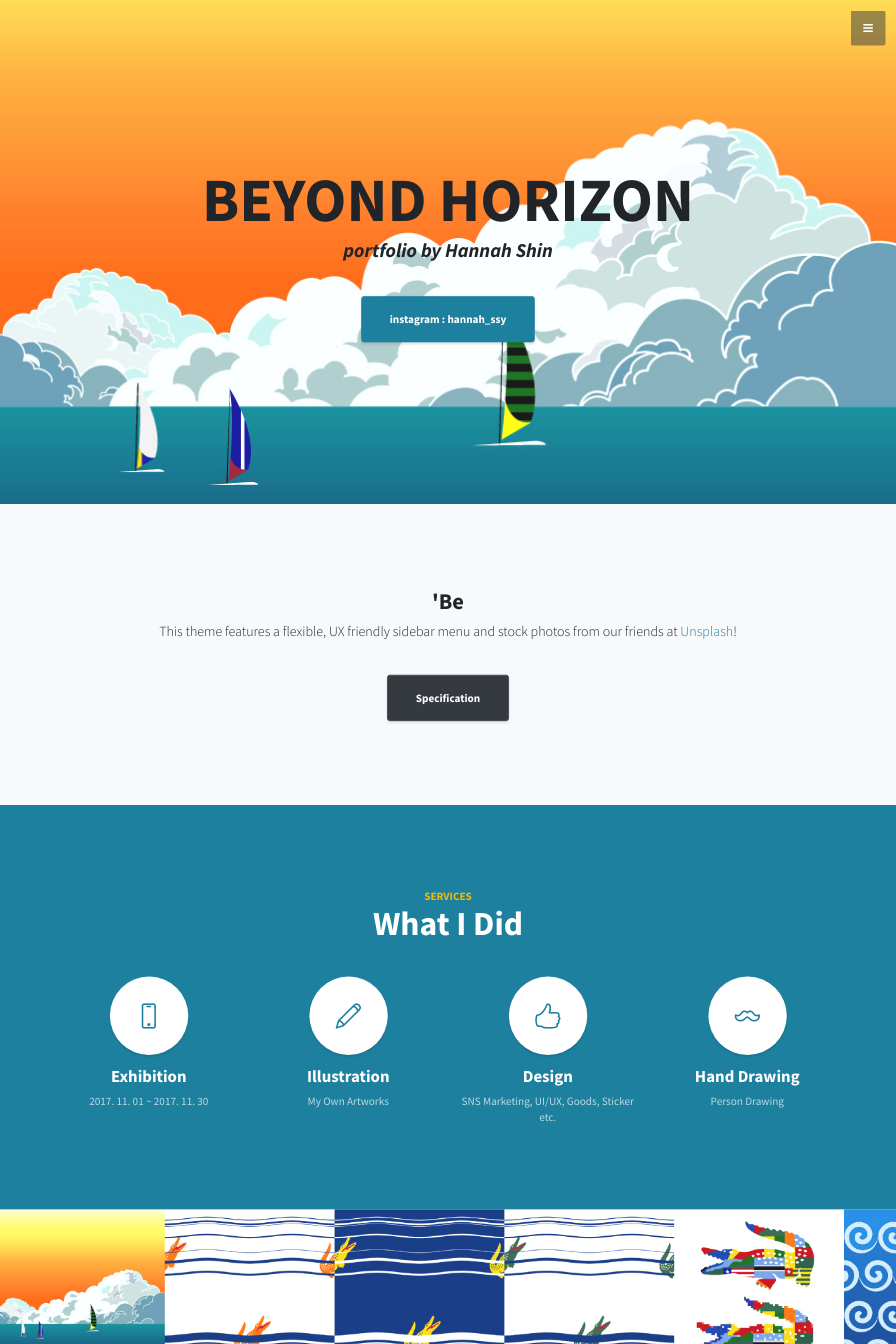
Repository: Hannahssy/Hannahssy.github
Page: my_porfolio/index.html
The author's editor kept a record of every edit. The page is drawn from the files as they stood at one moment, then again after the next edit.
The browser window is 1280 px wide. The pictures show the part of the page from y = 0 to 1920 px (the page is 5071 px tall), at 70% of full size.

Above is the page before.

### my_porfolio/index.html
<!DOCTYPE html>
<html lang="en">

  <head>

    <meta charset="utf-8">
    <meta name="viewport" content="width=device-width, initial-scale=1, shrink-to-fit=no">
    <meta name="description" content="">
    <meta name="author" content="">

    <title>BEYOND HORIZON - HANNAH SHIN PORFOLIO</title>

    <!-- Bootstrap Core CSS -->
    <link href="vendor/bootstrap/css/bootstrap.min.css" rel="stylesheet">

    <!-- Custom Fonts -->
    <link href="vendor/font-awesome/css/font-awesome.min.css" rel="stylesheet" type="text/css">
    <link href="https://fonts.googleapis.com/css?family=Source+Sans+Pro:300,400,700,300italic,400italic,700italic" rel="stylesheet" type="text/css">
    <link href="vendor/simple-line-icons/css/simple-line-icons.css" rel="stylesheet">

    <!-- Custom CSS -->
    <link href="css/stylish-portfolio.min.css" rel="stylesheet">

  </head>

  <body id="page-top">
    <!-- Navigation -->
    <a class="menu-toggle rounded" href="#">
      <i class="fa fa-bars"></i>
    </a>
    <nav id="sidebar-wrapper">
      <ul class="sidebar-nav">
        <li class="sidebar-brand">
          <a class="js-scroll-trigger" href="#page-top">Start Bootstrap</a>
        </li>
        <li class="sidebar-nav-item">
          <a class="js-scroll-trigger" href="#page-top">Home</a>
        </li>
        <li class="sidebar-nav-item">
          <a class="js-scroll-trigger" href="#about">About</a>
        </li>
        <li class="sidebar-nav-item">
          <a class="js-scroll-trigger" href="#services">Services</a>
        </li>
        <li class="sidebar-nav-item">
          <a class="js-scroll-trigger" href="#portfolio">Portfolio</a>
        </li>
        <li class="sidebar-nav-item">
          <a class="js-scroll-trigger" href="#contact">Contact</a>
        </li>
      </ul>
    </nav>

    <!-- Header -->
    <header class="masthead d-flex">
      <div class="container text-center my-auto">
        <h1 class="mb-1">BEYOND HORIZON</h1>
        <h3 class="mb-5">
          <em>portfolio by Hannah Shin</em>
        </h3>
        <a class="btn btn-primary btn-xl js-scroll-trigger" href="#about">instagram : hannah_ssy</a>
      </div>
      <div class="overlay"></div>
    </header>

    <!-- About -->
    <section class="content-section bg-light" id="about">
      <div class="container text-center">
        <div class="row">
          <div class="col-lg-10 mx-auto">
            <h2>'Be</h2>
            <p class="lead mb-5">This theme features a flexible, UX friendly sidebar menu and stock photos from our friends at
              <a href="https://unsplash.com/">Unsplash</a>!</p>
            <a class="btn btn-dark btn-xl js-scroll-trigger" href="#services">Specification</a>
          </div>
        </div>
      </div>
    </section>

    <!-- services -->
    <section class="content-section bg-primary text-white text-center" id="services">
      <div class="container">
        <div class="content-section-heading">
          <h3 class="text-secondary mb-0">Services</h3>
          <h2 class="mb-5">What I Did</h2>
        </div>
        <div class="row">
          <div class="col-lg-3 col-md-6 mb-5 mb-lg-0">
            <span class="service-icon rounded-circle mx-auto mb-3">
              <i class="icon-screen-smartphone"></i>
            </span>
            <h4>
              <strong>Exhibition</strong>
            </h4>
            <p class="text-faded mb-0">2017. 11. 01 ~ 2017. 11. 30</p>
          </div>
          <div class="col-lg-3 col-md-6 mb-5 mb-lg-0">
            <span class="service-icon rounded-circle mx-auto mb-3">
              <i class="icon-pencil"></i>
            </span>
            <h4>
              <strong>Illustration</strong>
            </h4>
            <p class="text-faded mb-0">My Own Artworks</p>
          </div>
          <div class="col-lg-3 col-md-6 mb-5 mb-md-0">
            <span class="service-icon rounded-circle mx-auto mb-3">
              <i class="icon-like"></i>
            </span>
            <h4>
              <strong>Design</strong>
            </h4>
            <p class="text-faded mb-0">
             SNS Marketing, UI/UX, Goods, Sticker etc.</p>
          </div>
          <div class="col-lg-3 col-md-6">
            <span class="service-icon rounded-circle mx-auto mb-3">
              <i class="icon-mustache"></i>
            </span>
            <h4>
              <strong>Hand Drawing</strong>
            </h4>
            <p class="text-faded mb-0">Person Drawing</p>
          </div>
        </div>
      </div>
    </section>

    <!-- Callout -->
    <section class="callout">
      <div class="container text-center">
        <h2 class="mx-auto mb-5">Contact Me
          <em>If you</em>
          need my artworks.</h2>
        <a class="btn btn-primary btn-xl" href="https://startbootstrap.com/template-overviews/stylish-portfolio/">Call Now!</a>
      </div>
    </section>

    <!-- Portfolio -->
    <section class="content-section" id="portfolio">
      <div class="container">
        <div class="content-section-heading text-center">
          <h3 class="text-secondary mb-0">Portfolio</h3>
          <h2 class="mb-5">Recent Artworks</h2>
        </div>
        <div class="row no-gutters">
          <div class="col-lg-6">
            <a class="portfolio-item" href="#">
              <span class="caption">
                <span class="caption-content">
                  <h2>LACOSTE X RALPH LAUREN</h2>
                  <p class="mb-0">Concept Development Assignment</p>
                </span>
              </span>
              <img class="img-fluid" src="img/portfolio-1.jpg" alt="">
            </a>
          </div>
          <div class="col-lg-6">
            <a class="portfolio-item" href="#">
              <span class="caption">
                <span class="caption-content">
                  <h2>VIDEOS</h2>
                  <p class="mb-0">Brief Videos Made Based On Illustration</p>
                </span>
              </span>
              <img class="img-fluid" src="img/portfolio-2.jpg" alt="">
            </a>
          </div>
          <div class="col-lg-6">
            <a class="portfolio-item" href="#">
              <span class="caption">
                <span class="caption-content">
                  <h2>MEN'S HAIRSTYLE</h2>
                  <p class="mb-0">Suggestion Of Men's Hairstyle By Illustration</p>
                </span>
              </span>
              <img class="img-fluid" src="img/portfolio-3.jpg" alt="">
            </a>
          </div>
          <div class="col-lg-6">
            <a class="portfolio-item" href="#">
              <span class="caption">
                <span class="caption-content">
                  <h2>FASHION ILLUTRATION</h2>
                  <p class="mb-0">Artworks Ispired By 'Fashion People'</p>
                </span>
              </span>
              <img class="img-fluid" src="img/portfolio-4.jpg" alt="">
            </a>
          </div>
        </div>
      </div>
    </section>

    <!-- Call to Action -->
    <section class="content-section bg-primary text-white">
      <div class="container text-center">
        <h2 class="mb-4">The buttons below are impossible to resist...</h2>
        <a href="#" class="btn btn-xl btn-light mr-4">Click Me!</a>
        <a href="#" class="btn btn-xl btn-dark">Look at Me!</a>
      </div>
    </section>

    <!-- Map -->
    <section id="contact" class="map">
      <iframe width="100%" height="100%" frameborder="0" scrolling="no" marginheight="0" marginwidth="0" src="https://maps.google.com/maps?f=q&amp;source=s_q&amp;hl=en&amp;geocode=&amp;q=Twitter,+Inc.,+Market+Street,+San+Francisco,+CA&amp;aq=0&amp;oq=twitter&amp;sll=28.659344,-81.187888&amp;sspn=0.128789,0.264187&amp;ie=UTF8&amp;hq=Twitter,+Inc.,+Market+Street,+San+Francisco,+CA&amp;t=m&amp;z=15&amp;iwloc=A&amp;output=embed"></iframe>
      <br/>
      <small>
        <a href="https://maps.google.com/maps?f=q&amp;source=embed&amp;hl=en&amp;geocode=&amp;q=Twitter,+Inc.,+Market+Street,+San+Francisco,+CA&amp;aq=0&amp;oq=twitter&amp;sll=28.659344,-81.187888&amp;sspn=0.128789,0.264187&amp;ie=UTF8&amp;hq=Twitter,+Inc.,+Market+Street,+San+Francisco,+CA&amp;t=m&amp;z=15&amp;iwloc=A"></a>
      </small>
    </section>

    <!-- Footer -->
    <footer class="footer text-center">
      <div class="container">
        <ul class="list-inline mb-5">
          <li class="list-inline-item">
            <a class="social-link rounded-circle text-white mr-3" href="#">
              <i class="icon-social-facebook"></i>
            </a>
          </li>
          <li class="list-inline-item">
            <a class="social-link rounded-circle text-white mr-3" href="#">
              <i class="icon-social-twitter"></i>
            </a>
          </li>
          <li class="list-inline-item">
            <a class="social-link rounded-circle text-white" href="#">
              <i class="icon-social-github"></i>
            </a>
          </li>
        </ul>
        <p class="text-muted small mb-0">Copyright &copy; Your Website 2017</p>
      </div>
    </footer>

    <!-- Scroll to Top Button-->
    <a class="scroll-to-top rounded js-scroll-trigger" href="#page-top">
      <i class="fa fa-angle-up"></i>
    </a>

    <!-- Bootstrap core JavaScript -->
    <script src="vendor/jquery/jquery.min.js"></script>
    <script src="vendor/bootstrap/js/bootstrap.bundle.min.js"></script>

    <!-- Plugin JavaScript -->
    <script src="vendor/jquery-easing/jquery.easing.min.js"></script>

    <!-- Custom scripts for this template -->
    <script src="js/stylish-portfolio.min.js"></script>

  </body>

</html>

Loaded but not shown: my_porfolio/vendor/bootstrap/css/bootstrap.min.css (library); my_porfolio/vendor/font-awesome/css/font-awesome.min.css (library); my_porfolio/vendor/simple-line-icons/css/simple-line-icons.css (library); my_porfolio/css/stylish-portfolio.min.css (library); my_porfolio/vendor/jquery/jquery.min.js (library); my_porfolio/vendor/bootstrap/js/bootstrap.bundle.min.js (library); my_porfolio/vendor/jquery-easing/jquery.easing.min.js (common file); my_porfolio/js/stylish-portfolio.min.js (common file)

After the next edit:
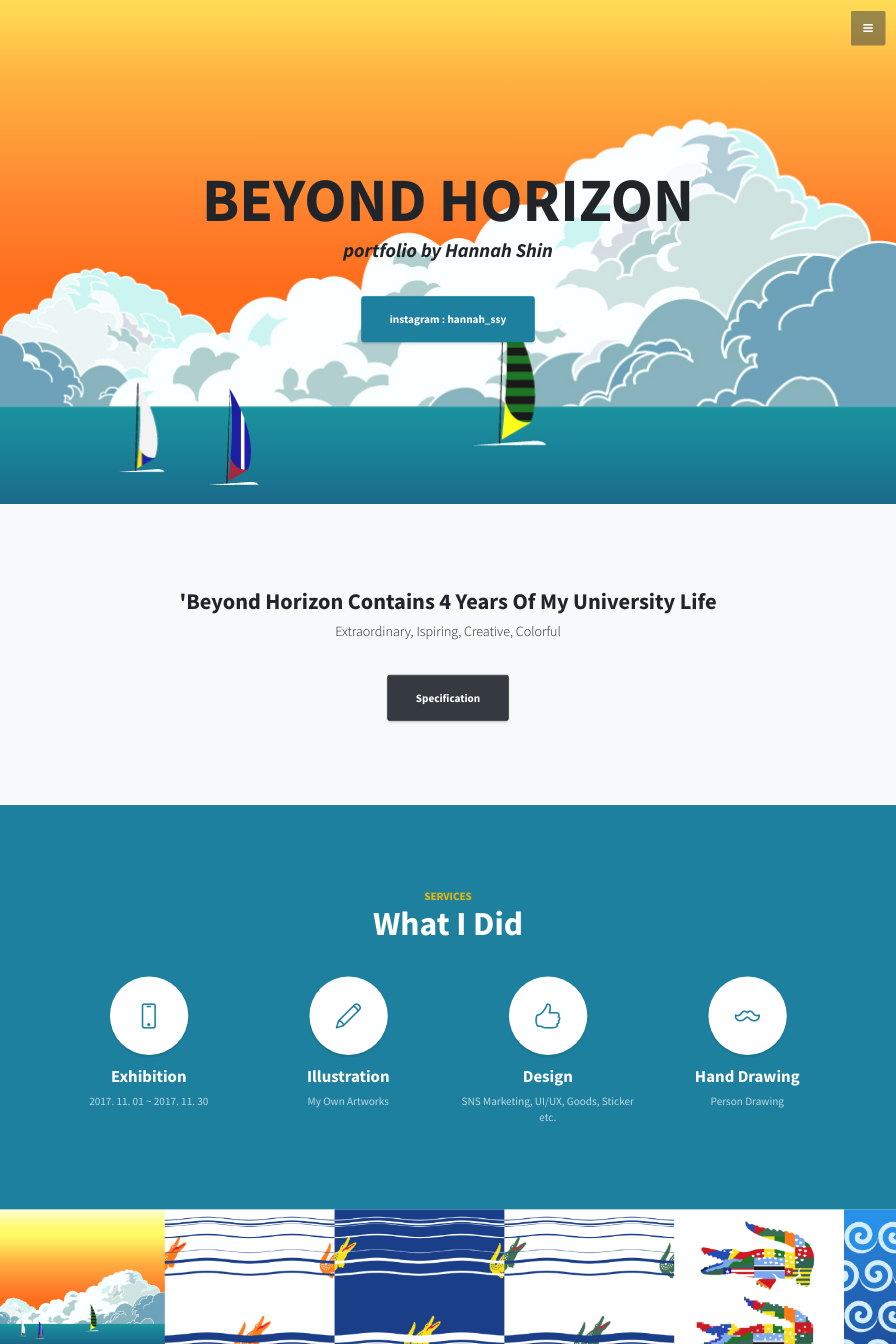
The edit:
--- a/my_porfolio/index.html
+++ b/my_porfolio/index.html
@@ -68,9 +68,9 @@
       <div class="container text-center">
         <div class="row">
           <div class="col-lg-10 mx-auto">
-            <h2>'Be</h2>
-            <p class="lead mb-5">This theme features a flexible, UX friendly sidebar menu and stock photos from our friends at
-              <a href="https://unsplash.com/">Unsplash</a>!</p>
+            <h2>'Beyond Horizon Contains 4 Years Of My University Life</h2>
+            <p class="lead mb-5">Extraordinary, Ispiring, Creative, Colorful
+             </p>
             <a class="btn btn-dark btn-xl js-scroll-trigger" href="#services">Specification</a>
           </div>
         </div>
